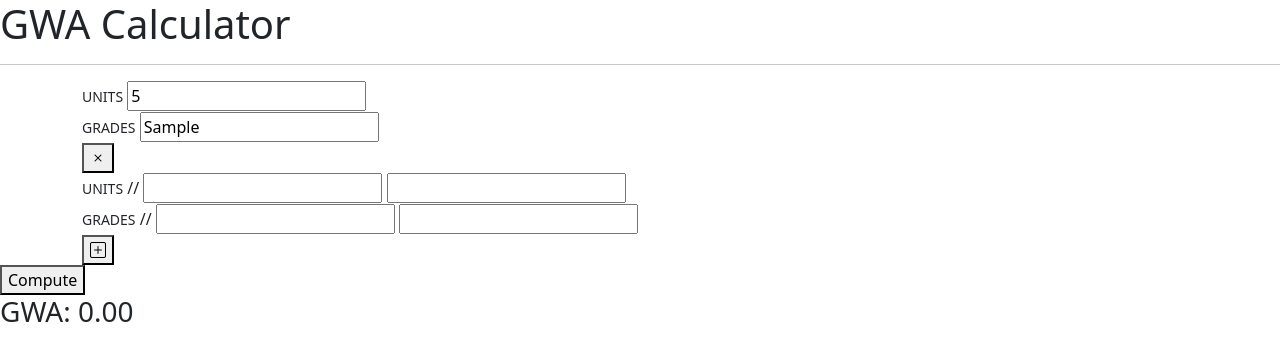
Repository: yonora/GWACalculator
Page: index.html
The author's editor kept a copy of each file at every save. The page is drawn from the files as they stood at one save, then again after the next save.
The browser window is 1280 px wide. The pictures show the whole page.
Empty fields were first filled with sample values (such as "Sample", 5 or name@example.com).
After loading, the first visible `button.col-auto` was clicked once.

Above is the page before, as saved 2025-01-07 22:21:51.

### index.html
<!DOCTYPE html>
<html lang="en">
<head>
    <meta charset="UTF-8">
    <meta name="viewport" content="width=device-width, initial-scale=1.0">
    <link rel="stylesheet" href="https://cdn.jsdelivr.net/npm/bootstrap@5.3.3/dist/css/bootstrap.min.css">
    <link rel="stylesheet" href="https://cdn.jsdelivr.net/npm/bootstrap-icons@1.11.3/font/bootstrap-icons.min.css">
    <script src="js.js"></script>
    <title>GWA Calculator</title>
</head>
<body>
    <h1>GWA Calculator</h1>
    <hr>
    <div class="container" id="container">
        <div class="grade-container" id="1">
            <div class="col-auto">
                <label class="col-form-label-sm">UNITS</label>
                <!-- <input type="number" class="col-form-control units"  min="1" oninput="getGWA()">  -->
                <input type="number" class="col-form-control units"  min="1">
            </div>
            <div class="col-auto">
                <label class="col-form-label-sm">GRADES</label>
                <!-- <input type="text" class="col-form-control grades" oninput="getGWA()"> -->
                <input type="text" class="col-form-control grades">
            </div>
            <button class="col-auto add" onclick="add()"><i class="bi bi-plus-square"></i></button>
        </div>
    </div>
    <button class="col-auto compute" onclick="getGWA()">Compute</button>
    <h3>GWA: <span id="gwa">0.00</span></h3>
</body>
</html>

### js.js
function add(){
    const container = document.getElementById('container');
    var lastIndex = document.querySelectorAll('.grade-container');
    console.log(`legth: ${lastIndex.length}`);
    lastIndex = lastIndex[lastIndex.length - 1];
    lastIndex = parseFloat(lastIndex.id);
    lastIndex++;
    console.log(`index: ${lastIndex}`);
    container.insertAdjacentHTML(
        'beforeend',
        `<div class="grade-container" id=${lastIndex}>
            <div class="col-auto">
                <label class="col-form-label-sm">UNITS</label>
                // <input type="number" class="col-form-control units" min="1" oninput="getGWA()">
                <input type="number" class="col-form-control units" min="1">
            </div>
            <div class="col-auto">
                <label class="col-form-label-sm">GRADES</label>
                // <input type="text" class="col-form-control grades" oninput="getGWA()">
                <input type="text" class="col-form-control grades">
            </div>
            <button class="col-auto add " onclick="add()"><i class="bi bi-plus-square"></i></button>
        </div>`
    );
    var previousContainer = document.querySelectorAll('.grade-container');
    previousContainer = previousContainer[previousContainer.length - 2];
    console.log(`last index: ${previousContainer.id}`);
    previousContainer.insertAdjacentHTML(
        'beforeend',
        `<button class="col-auto remove" onclick="remove(${previousContainer.id})"><i class="bi bi-x"></i></button>`
    );
    var add = document.querySelectorAll('.add');
    add = add[add.length - 2];
    add.remove();
}

function remove(id){
    var row = document.getElementById(`${id}`)
    row.remove();
    getGWA();
}

function getUnits(units){
    var totalUnits = 0;

    for(let i=0; i<units.length; i++){
        const unit = parseFloat(units[i].value);
        totalUnits += unit;
    }
    return totalUnits;
}


function getGWA(){
    const grades = document.querySelectorAll('.grades');
    const units = document.querySelectorAll('.units');
    const totalUnits = getUnits(units);
    var gwa = 0.00;

    for(let i=0; i<grades.length; i++){
        let unit = parseFloat(units[i].value) || 0;
        let grade = parseFloat(grades[i].value) || 0;
        gwa += (grade * unit) / totalUnits;
        document.getElementById('gwa').innerHTML = gwa.toFixed(2);
    }
}

After the next save:
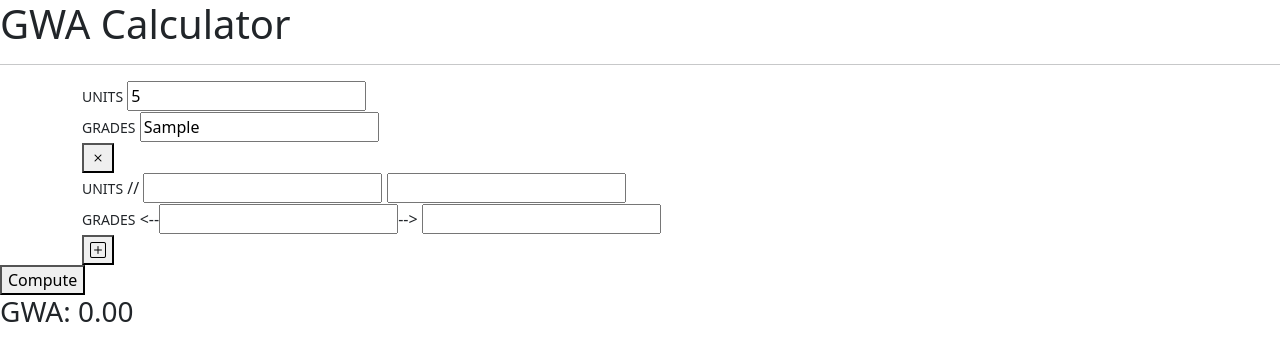
Saved 44 s later.
--- a/js.js
+++ b/js.js
@@ -16,7 +16,7 @@ function add(){
             </div>
             <div class="col-auto">
                 <label class="col-form-label-sm">GRADES</label>
-                // <input type="text" class="col-form-control grades" oninput="getGWA()">
+                <--<input type="text" class="col-form-control grades" oninput="getGWA()">-->
                 <input type="text" class="col-form-control grades">
             </div>
             <button class="col-auto add " onclick="add()"><i class="bi bi-plus-square"></i></button>
